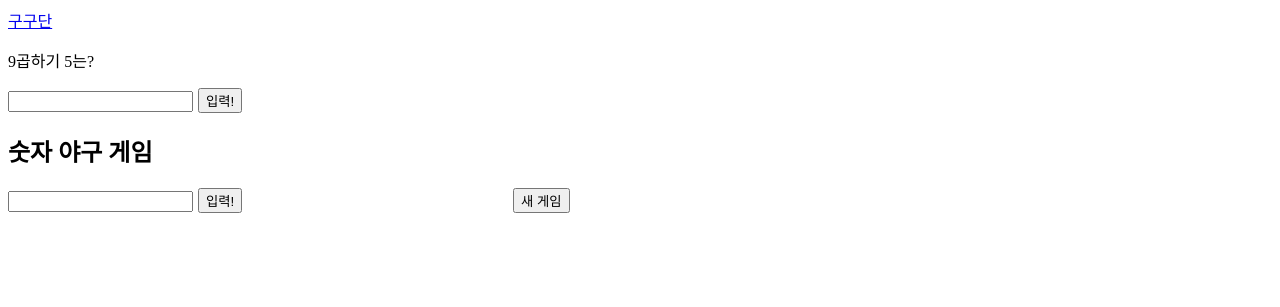
Repository: jun01270/number_baseball
Page: index.html
An editor plug-in stored every save of this project. The page is shown before and after the next save, followed by the edit.
The browser window is 1280 px wide. The pictures show the whole page.

Above is the page before, as saved 2023-08-28 21:54:32.

After the next save:
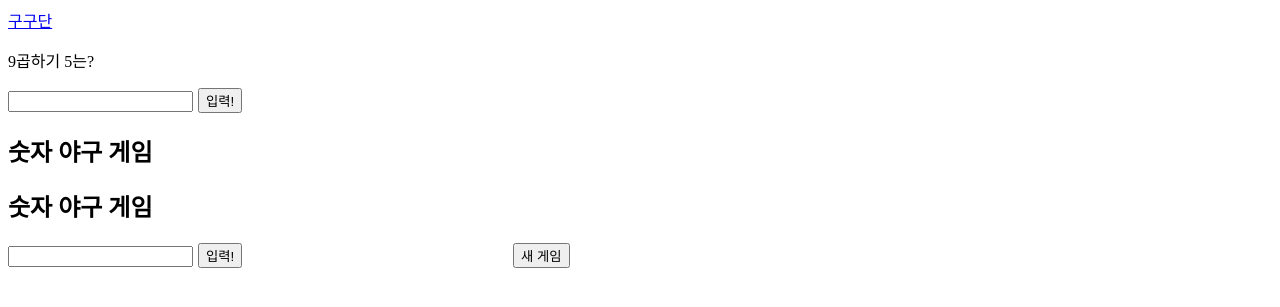
Saved 44 s later.
--- a/index.html
+++ b/index.html
@@ -15,7 +15,8 @@
       </form>
       <p id="end"></p>
     </div>
-    <div>
+    <h2>숫자 야구 게임</h2>
+    <div id="number_baseball">
       <h2>숫자 야구 게임</h2>
       <form id="baseball">
         <input id="baseball_input" type="number" /><button>입력!</button>
